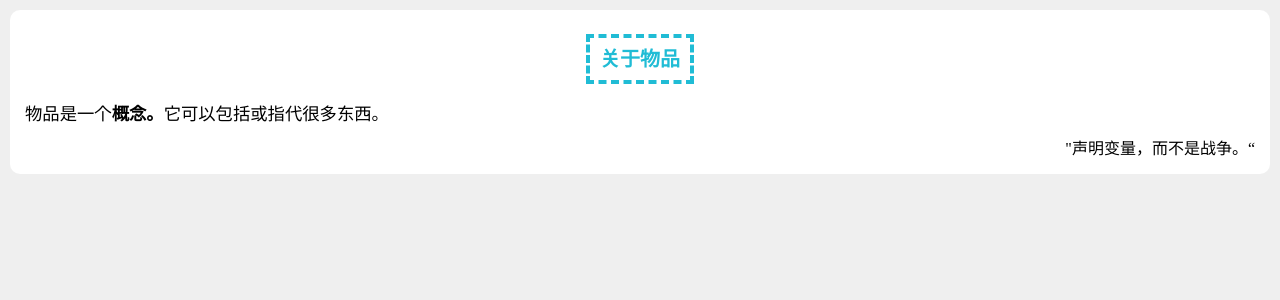
Repository: Yeyuehuke/Webstudy-Feidian
Page: 01-HTMLlearning/02-HTMLBasics/10-BlogProkectMySkills.html
An editor plug-in stored every save of this project. The page is shown before and after a run of saves, followed by the edit.
The browser window is 1280 px wide. The pictures show the whole page.

Above is the page before, as saved 2020-05-17 14:59:01.

### 01-HTMLlearning/02-HTMLBasics/10-BlogProkectMySkills.html
<!DOCTYPE html>
    <head>
        <title>我的网页</title>
        <link href="./css/10-BlogProkectMySkills.css" rel="stylesheet"
    </head>
    <body>
        <div class="section">
            <h1><span>关于物品</span></h1>
            <p>
                物品是一个<strong>概念。</strong>它可以包括或指代很多东西。
            </p>
            <p class="quote">"声明变量，而不是战争。“</p>
        </div>
        <div
    </body>
</html>

### 01-HTMLlearning/02-HTMLBasics/css/10-BlogProkectMySkills.css
html {
    margin: 0;
    padding: 0;
}
body {
    font-family: 'Handlee', cursive;
    font-size: 13pt;
    background-color: #efefef;
    padding: 10px;
    margin: 0;
}
h1 {
    font-size: 15pt;
    color: #20bcd5;
    text-align: center;
    padding: 18px 0 18px 0;
    margin: 0 0 10px 0;
}
h1 span {
    border: 4px dashed #20bcd5;
    padding: 10px;
}
p {
    padding: 0;
    margin: 0;
}
.img-circle {
    border: 3px solid white;
    border-radius: 50%;
}
.section {
    background-color: #fff;
    padding: 15px;
    margin-bottom: 10px;
    border-radius: 10px;
}
#header {
    background-image: url("https://www.sololearn.com/Uploads/header.jpg");
    background-size: cover;
}
#header img {
    display: block;
    width: 80px;
    height: 80px;
    margin: auto;
}
#header p {
    font-size: 25pt;
    color: #3b464c;
    padding-top: 5px;
    margin: 0;
    font-weight: bold;
    text-align: center;
}
.quote {
    font-size: 12pt;
    text-align: right;
    margin-top: 10px;
}
table {
    width: 100%;
}
table, th, td {
    border: 2px solid #cecece;
    border-collapse: collapse;
    text-align: center;
    table-layout: fixed;
}
.selected {
    background-color: #f36f48;
    font-weight: bold;
    color: white;
}
li {
    margin-bottom: 15px;
    font-weight: bold;
}
progress {
    width: 70%;
    height: 20px;
    color: #3fb6b2;
    background: #efefef;
}
progress::-webkit-progress-bar {
    background: #efefef;
}
progress::-webkit-progress-value {
    background: #3fb6b2;
}
progress::-moz-progress-bar {
    color: #3fb6b2;
    background: #efefef;
}
iframe, audio {
    display: block;
    margin: 0 auto;
    border: 3px solid #3fb6b2;
}
hr {
    border: 0;
    height: 1px;
    background: #f36f48;
}
form {
    text-align: center;
    margin-top: 0;
}
.submit {
    background-color: #3fb6b2;
    padding: 12px 45px;
    border-radius: 5px;
    cursor: pointer;
    color: #ffffff;
    border: none;
    outline: none;
    margin: 0;
    font-weight: bold;
}
.submit:hover {
    background-color: #43a09d;
}
textarea {
    height: 100px;
}
input, textarea {
    margin-bottom: 10px;
    font-size: 11pt;
    padding: 15px 10px 10px;
    border: 1px solid #cecece;
    background-color: #efefef;
    color: #787575;
    border-radius: 5px;
    width: 70%;
    outline: none;
}
.face {
    transform: scale(0.4);
    margin: 0 auto;
    display: block;
    margin-top: -35px;
    margin-bottom: -25px;
}
#contacts img {
    height: 50px;
    width: 50px;
    margin-left: 7px;
    margin-right: 7px;
}
#contacts a {
    text-decoration: none;
}
#contacts img:hover {
    opacity: 0.8;
}
#contacts {
    text-align: center;
}
.copyright {
    font-size: 8pt;
    text-align: right;
    padding-bottom: 10px;
    color: grey;
}

After the next 6 saves:
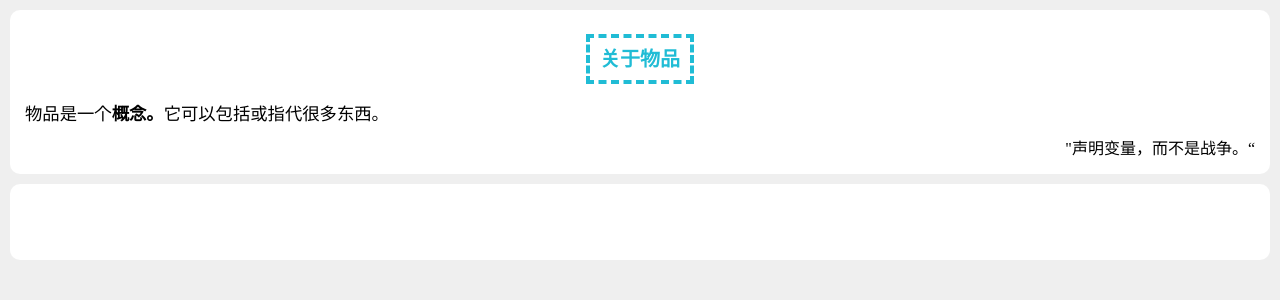
The 6 saves are shown as one change because they came seconds apart.
The last was saved 14 s later.
--- a/01-HTMLlearning/02-HTMLBasics/10-BlogProkectMySkills.html
+++ b/01-HTMLlearning/02-HTMLBasics/10-BlogProkectMySkills.html
@@ -11,6 +11,8 @@
             </p>
             <p class="quote">"声明变量，而不是战争。“</p>
         </div>
-        <div
+        <div class="section">
+            <h1></h1>
+        </div>
     </body>
 </html>
